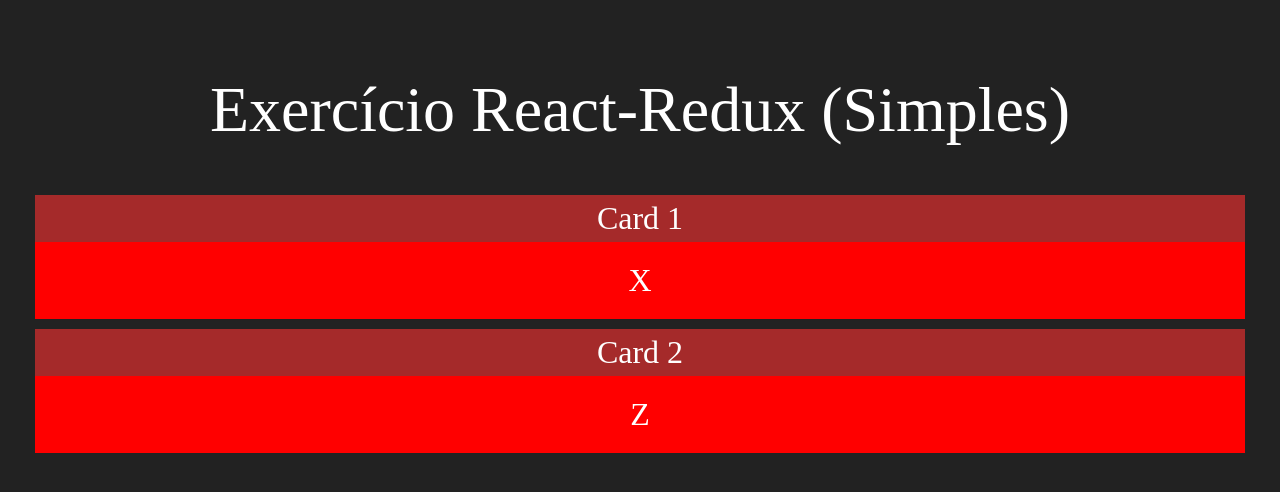
Repository: eversonps/redux-simples
Page: /
These files come from the project's save history. The page is drawn as it stood at one moment and after the next save; the edit follows.
The browser window is 1280 px wide. The pictures show the whole page.
The project was rebuilt for these pictures with package versions that can differ from the ones it lists, and the page was loaded fresh each time.

Above is the page before, as saved 2022-03-10 17:47:44.

### src/index.css
body{
  background-color: #222;
  font-size: 2rem;
  color: #fff;
  margin: 30px;
}

### src/App.js
import logo from './logo.svg';
import './App.css';
import Card from './components/Card';
function App() {
  return (
    <div className="App">
      <h1>Exercício React-Redux (Simples)</h1>
      <div className='linha'>
        <Card title="Card 1">X</Card>
      </div>
      <div className='linha'>
        <Card title="Card 2">Z</Card>
      </div>
    </div>
  );
}

export default App;

### src/App.css
.App{
  display: flex;
  flex-direction: column;
  text-align: center;
}

h1{
  font-weight: 200;
}

.linha{
  display: flex;
}

### src/components/Card.jsx
import "./Card.css"
import React from "react"

export default props => (
    <div className="Card">
        <div className="Header">
            <span className="Title">{props.title}</span>
        </div>
        <div className="Content">
            {props.children}
        </div>
    </div>
)

### src/components/Card.css
.Card{
    flex: 1;
    display: flex;
    flex-direction: column;
    margin: 5px;
    background-color: red;
}

.Card .Header{
    display: flex;
    justify-content: center;
}

.Card .Header .Title{
    flex: 1;
    padding: 5px;
    background-color: brown;
}

.Card .Content{
    padding: 20px;
}

.Card.Red .Header{ color: #FFF; background-color: #c62828;}
.Card.Red .Content{background-color: #f44336;}

Loaded but not shown: public/index.html (common file); src/index.js (common file); src/reportWebVitals.js (common file)

After the next save:
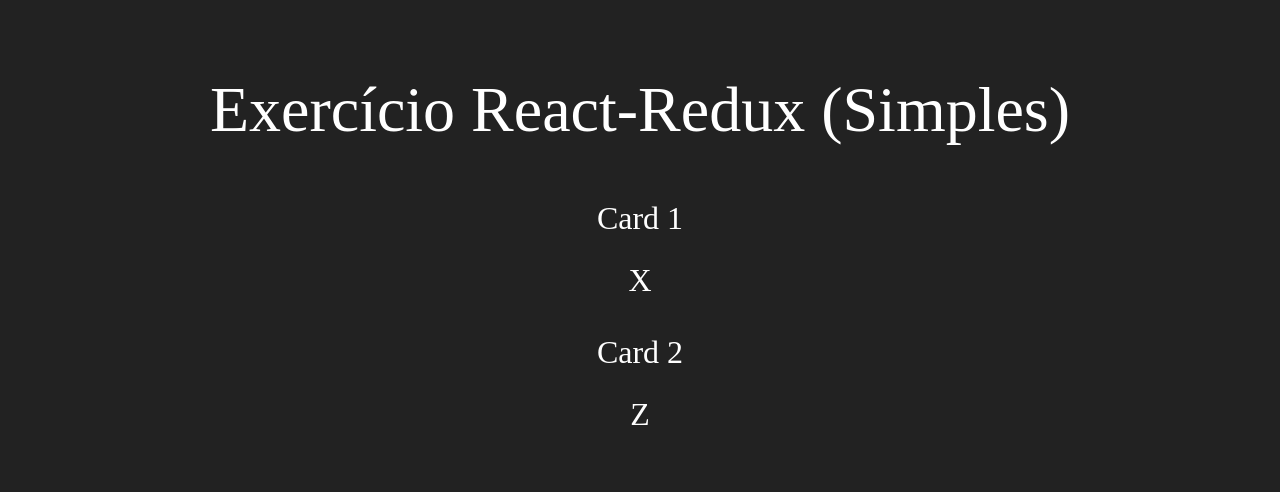
Saved 20 s later.
--- a/src/components/Card.css
+++ b/src/components/Card.css
@@ -3,7 +3,6 @@
     display: flex;
     flex-direction: column;
     margin: 5px;
-    background-color: red;
 }
 
 .Card .Header{
@@ -14,7 +13,6 @@
 .Card .Header .Title{
     flex: 1;
     padding: 5px;
-    background-color: brown;
 }
 
 .Card .Content{
